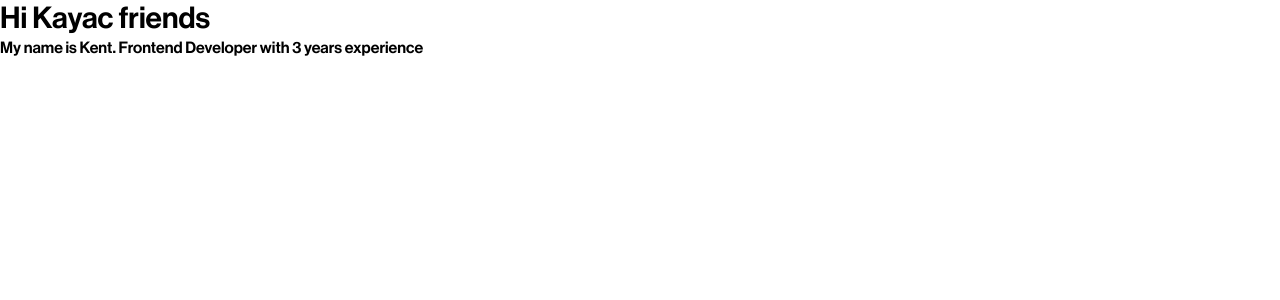
Repository: kentnathaniel/kayac-presentation
Page: /
The author's editor kept a copy of each file at every save. The page is drawn from the files as they stood at one save, then again after the next save.
The browser window is 1280 px wide. The pictures show the whole page.
The project was rebuilt for these pictures with package versions that can differ from the ones it lists, and the page was loaded fresh each time. Also part of the build but not shown: vite.config.ts.

Above is the page before, as saved 2024-09-14 08:56:28.

### src/App.tsx
function App() {
  return (
    <div>
      <h1 className="text-3xl">Hi Kayac friends</h1>
      <p>My name is Kent. Frontend Developer with 3 years experience</p>
    </div>
  );
}

export default App;

### src/index.css
@tailwind base;
@tailwind components;
@tailwind utilities;

/* Thin */
@font-face {
  font-family: "Neue-Haas-Grotesk";
  src: url("./assets/fonts/NeueHaasDisplayRoman.ttf") format("truetype");
  font-weight: 300;
  font-style: normal;
}

@font-face {
  font-family: "Neue-Haas-Grotesk";
  src: url("./assets/fonts/NeueHaasDisplayRomanItalic.ttf") format("truetype");
  font-weight: 300;
  font-style: italic;
}

/* Mediums */
@font-face {
  font-family: "Neue-Haas-Grotesk";
  src: url("./assets/fonts/NeueHaasDisplayMedium.ttf") format("truetype");
  font-weight: 400;
  font-style: normal;
}

@font-face {
  font-family: "Neue-Haas-Grotesk";
  src: url("./assets/fonts/NeueHaasDisplayMediumItalic.ttf") format("truetype");
  font-weight: 400;
  font-style: italic;
}

/* Bolds */
@font-face {
  font-family: "Neue-Haas-Grotesk";
  src: url("./assets/fonts/NeueHaasDisplayBold.ttf") format("truetype");
  font-weight: 700;
  font-style: normal;
}

@font-face {
  font-family: "Neue-Haas-Grotesk";
  src: url("./assets/fonts/NeueHaasDisplayBoldItalic.ttf") format("truetype");
  font-weight: 700;
  font-style: italic;
}

body {
  font-family: "Neue-Haas-Grotesk", Arial, Helvetica, sans-serif;
}

### tailwind.config.ts
/** @type {import('tailwindcss').Config} */
export default {
  content: ["./index.html", "./src/**/*.{js,ts,jsx,tsx}"],
  theme: {
    extend: {
      fontFamily: {
        custom: ["Neue-Haas-Grotesk"],
      },
    },
  },
  plugins: [],
};

Loaded but not shown: index.html (common file); src/main.tsx (common file)

After the next save:
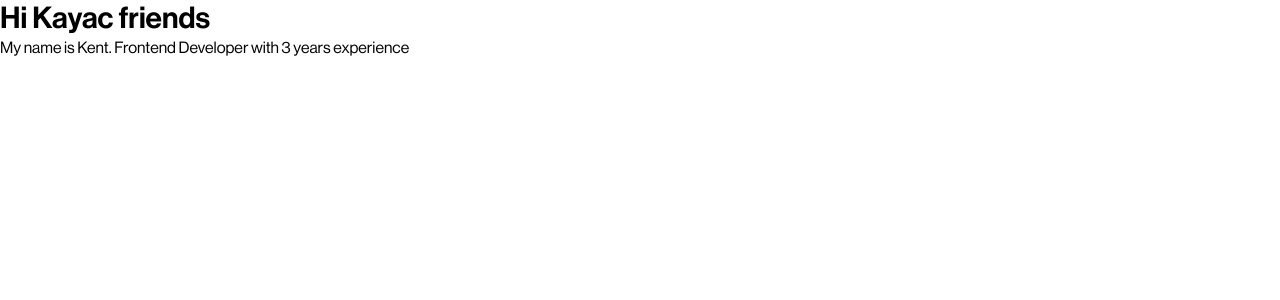
Saved 14 s later.
--- a/src/App.tsx
+++ b/src/App.tsx
@@ -2,7 +2,9 @@
   return (
     <div>
       <h1 className="text-3xl">Hi Kayac friends</h1>
-      <p>My name is Kent. Frontend Developer with 3 years experience</p>
+      <p className="font-thin">
+        My name is Kent. Frontend Developer with 3 years experience
+      </p>
     </div>
   );
 }
